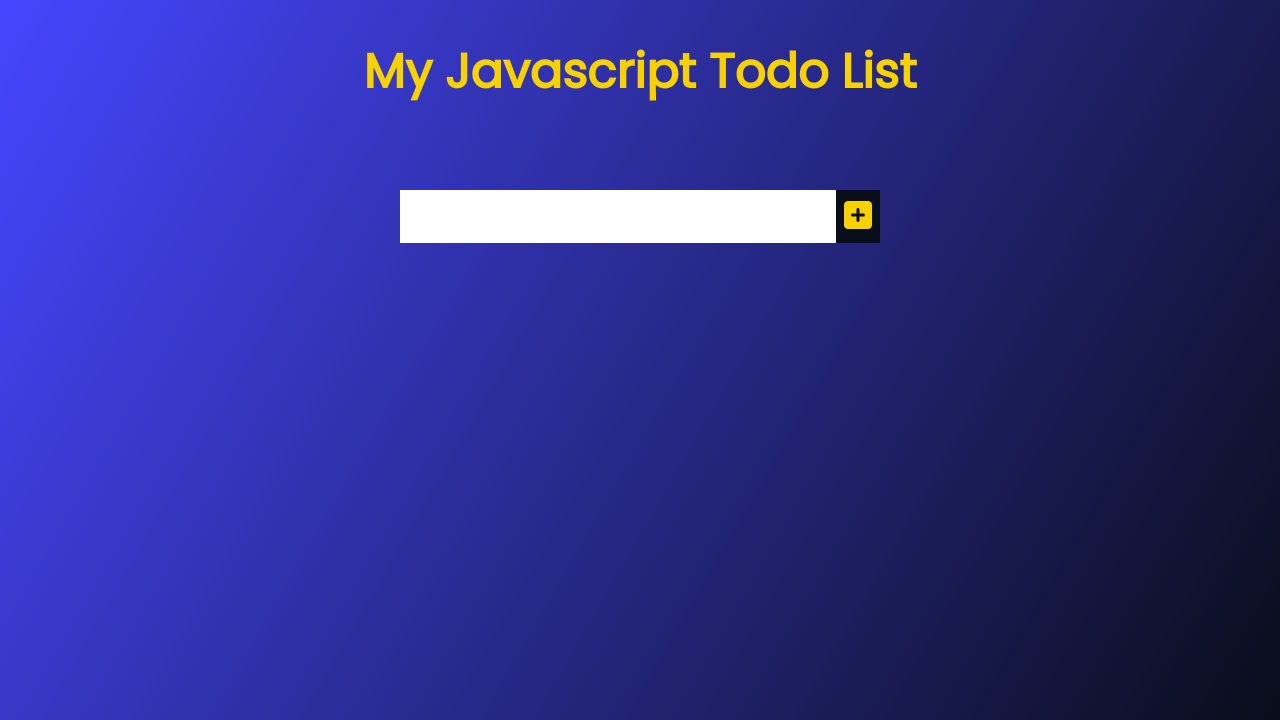
Repository: LuisMiLR/JavaScript-Todo-List
Page: index.html
The author's editor kept a copy of each file at every save. The page is drawn from the files as they stood at one save, then again after the next save.
The browser window is 1280 px wide. The pictures show the whole page.
The pointer rests on the first visible `form button`.

Above is the page before, as saved 2023-05-01 14:11:25.

After the next save:
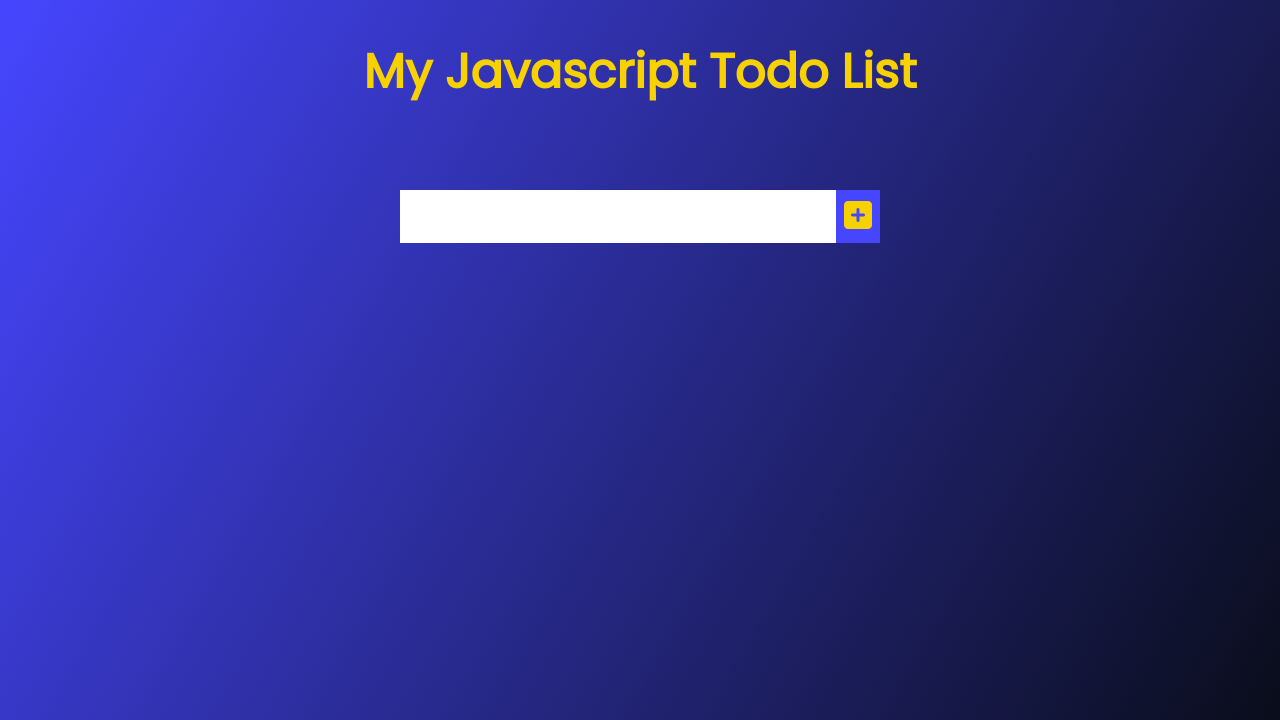
Saved 39 s later.
--- a/style.css
+++ b/style.css
@@ -35,6 +35,6 @@ form button{
 }
 
 form button:hover {
-    background: #0a0d1a;
+    background: #4646ff;
     color: rgb(248, 210, 0);
 }
